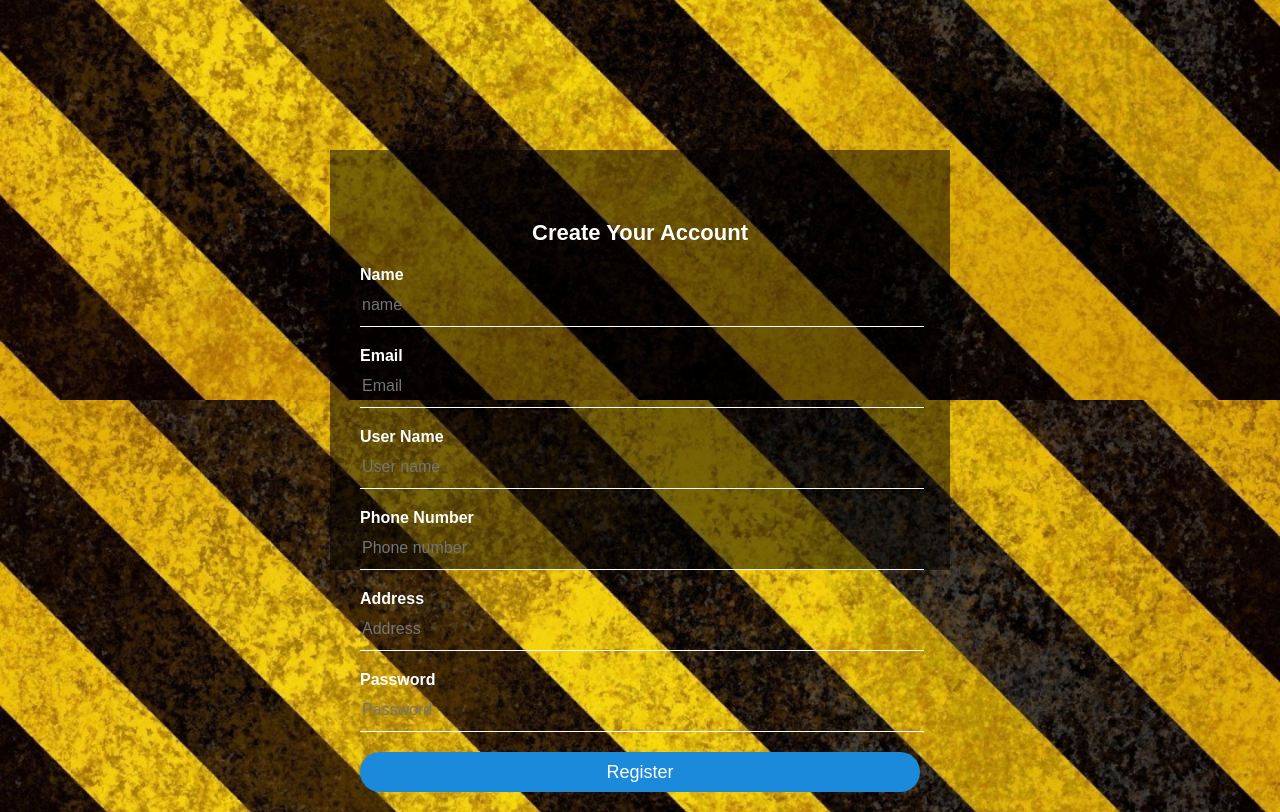
Repository: GamithaManawadu/RentJet-Online-Vehicle-Rental-System
Page: http://localhost/CustomerRegistration/customerinsert.jsp
These files come from the project's save history. The page is drawn as it stood at one moment and after the next save; the edit follows.
The browser window is 1280 px wide. The pictures show the whole page.
The page is served by Tomcat 9. Other server files are loaded and not shown.

Above is the page before, as saved 2020-05-12 11:04:45.

### CustomerRegistration/WebContent/customerinsert.jsp
<%@ page language="java" contentType="text/html; charset=ISO-8859-1"
    pageEncoding="ISO-8859-1"%>
<!DOCTYPE html>
<html>
<head>
<meta charset="ISO-8859-1">
<title>Insert title here</title>
<link rel="stylesheet" type="text/css" href="register.css"/>
</head>
<body>
<div class="register-box">
<h1>Create Your Account</h1>
<form action="insert" method="post">

		<p>Name</p>
		<input type="text" name="name" placeholder="name">
		<p>Email</p>
		<input type="text" name="email" placeholder="Email">
		<p>User Name</p>
		<input type="text" name="userid"placeholder="User name">
		<p>Phone Number</p>
		<input type="text" name="phone" placeholder="Phone number">
		<p>Address</p>
		<input type="text" name="address" placeholder="Address">
		<p>Password</p>
		<input type="password" name="pass" placeholder="Password">

	<input type="submit" name="submit" value="Register">
	</form>
</body>
</html>

### CustomerRegistration/WebContent/register.css
@charset "ISO-8859-1";
body{
    margin: 0;
    padding: 0;
    background: url(image/a7.jpg);
    background-size: cover;
    background-position: center;
    font-family: sans-serif;
}
.register-box{
    width: 620px;
    height: 420px;
    background: rgba(0, 0, 0, 0.5);
    color: #fff;
    top: 50%;
    left: 50%;
    position: absolute;
    transform: translate(-50%,-50%);
    box-sizing: border-box;
    padding: 70px 30px;
}
.icon{
    width: 100px;
    height: 100px;
    border-radius: 50%;
    position: absolute;
    top: -50px;
    left: calc(50% - 50px);
}
h1{
    margin: 0;
    padding: 0 0 20px;
    text-align: center;
    font-size: 22px;
}
.register-box p{
    margin: 0;
    padding: 0;
    font-weight: bold;
}
.register-box input{
    width: 100%;
    margin-bottom: 20px;
}
.register-box input[type="text"], input[type="password"]
{
    border: none;
    border-bottom: 1px solid #fff;
    background: transparent;
    outline: none;
    height: 40px;
    color: #fff;
    font-size: 16px;
}
.register-box input[type="submit"]
{
    border: none;
    outline: none;
    height: 40px;
    background: #1c8adb;
    color: #fff;
    font-size: 18px;
    border-radius: 20px;
}
.register-box input[type="submit"]:hover
{
    cursor: pointer;
    background: #39dc79;
    color: #000;
}

.register-box a{
    text-decoration: none;
    font-size: 14px;
    color: #fff;
}
.register-box a:hover
{
    color: #39dc79;
}

After the next save:
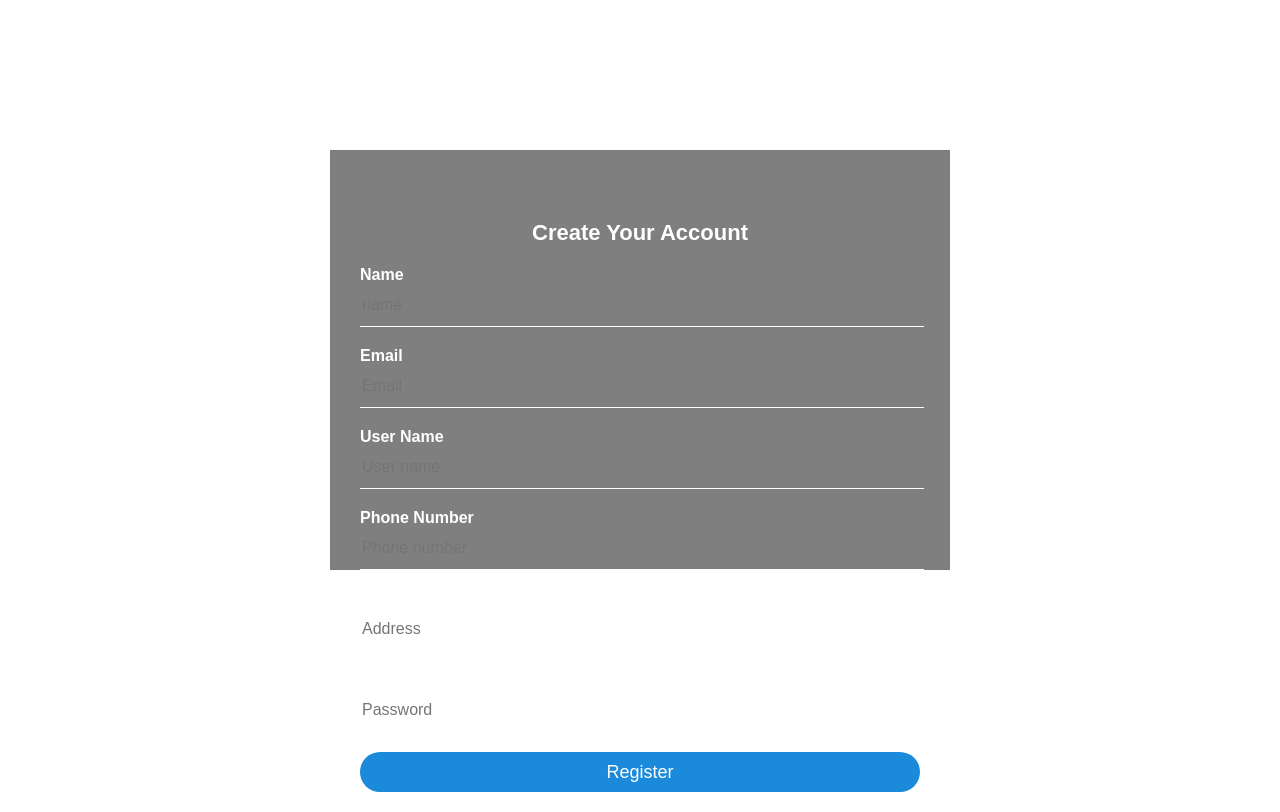
Saved 7 min 12 s later.
--- a/CustomerRegistration/WebContent/register.css
+++ b/CustomerRegistration/WebContent/register.css
@@ -2,7 +2,7 @@
 body{
     margin: 0;
     padding: 0;
-    background: url(image/a7.jpg);
+    background color:white;
     background-size: cover;
     background-position: center;
     font-family: sans-serif;
